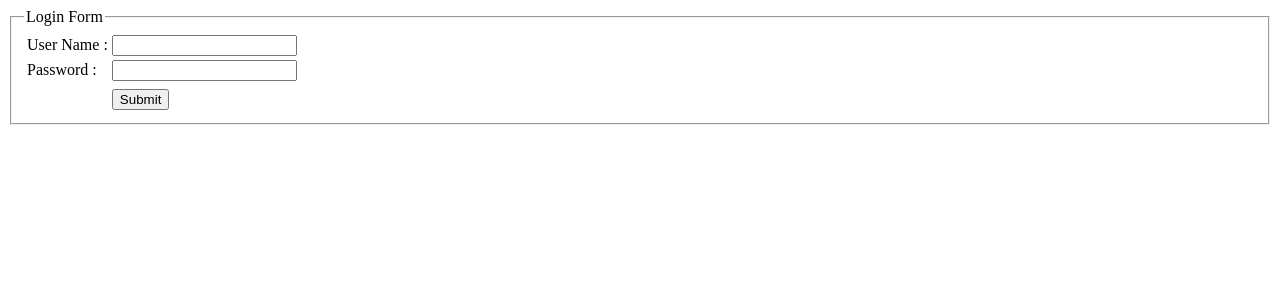
Repository: nosranijuned/WebRegister
Page: WebRegister/WebContent/view/Login.html
These files come from the project's save history. The page is drawn as it stood at one moment and after the next save; the edit follows.
The browser window is 1280 px wide. The pictures show the whole page.

Above is the page before, as saved 2019-03-12 06:28:27.

After the next save:
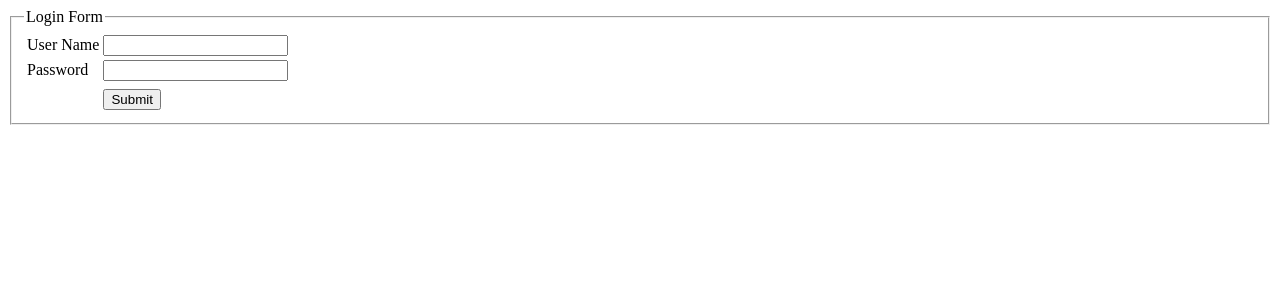
Saved 59 s later.
--- a/WebRegister/WebContent/view/Login.html
+++ b/WebRegister/WebContent/view/Login.html
@@ -9,8 +9,8 @@
 	<fieldset>
   		<legend>Login Form</legend>
 		<table>
-			<tr><td>User Name : </td><td><input type="text" name="uname"></td></tr>
-			<tr><td>Password : </td><td><input type="password" name="pass"></td></tr>
+			<tr><td>User Name</td><td><input type="text" name="uname"></td></tr>
+			<tr><td>Password</td><td><input type="password" name="pass"></td></tr>
 			<tr><td></td><td></td></tr>
 			<tr><td></td><td><input type="submit" value="Submit"></td></tr>
 		</table>
